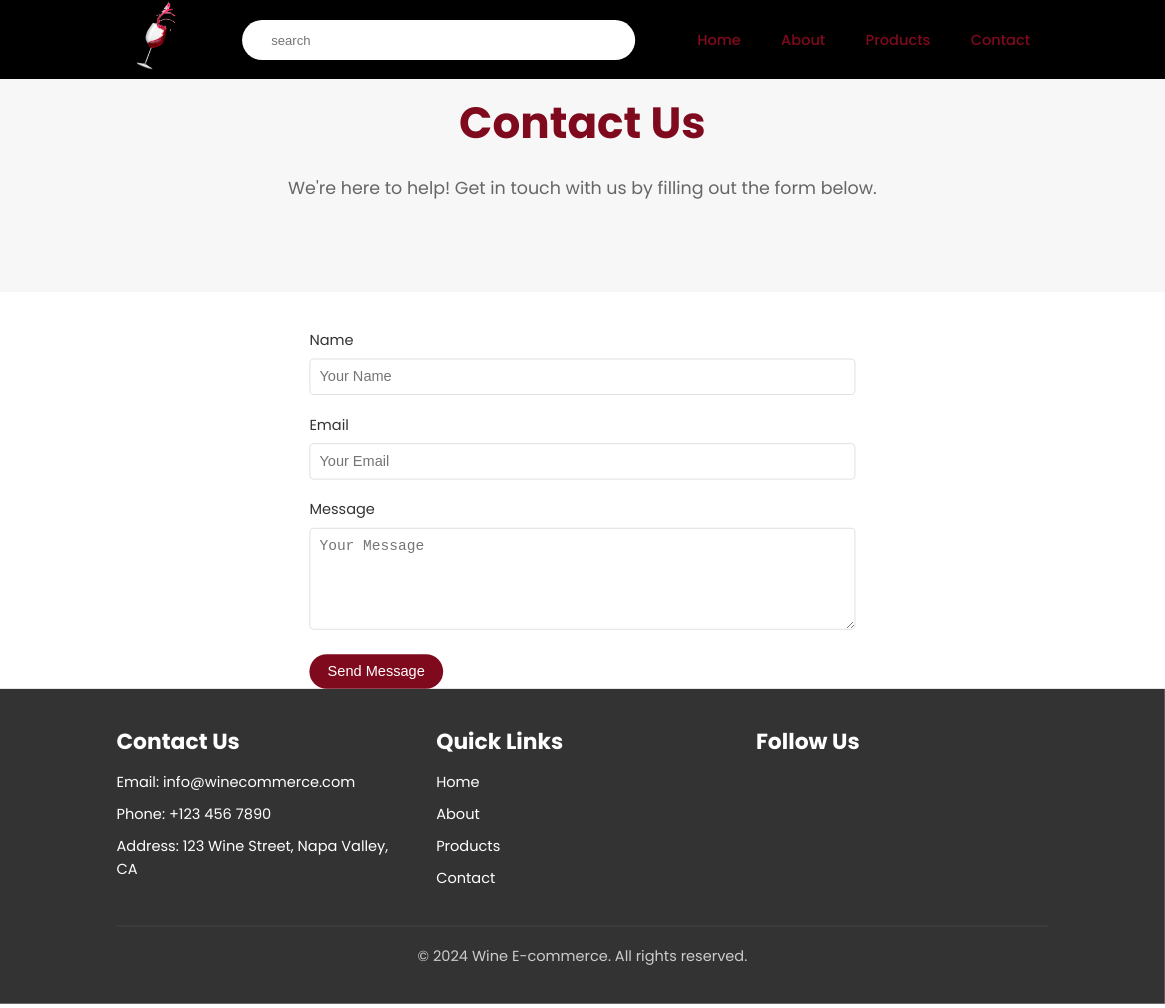
Repository: vncntxl/assesment3
Page: contact.html
These files come from the project's save history. The page is drawn as it stood at one moment and after the next save; the edit follows.
The browser window is 1280 px wide. The pictures show the whole page, at 91% of full size.

Above is the page before, as saved 2024-08-22 13:30:10.

### contact.html
<!DOCTYPE html>
<html lang="en">

<head>
    <meta charset="UTF-8">
    <meta name="viewport" content="width=device-width, initial-scale=1.0">
    <title>Contact Us - Wine E-commerce</title>
    <link rel="stylesheet" href="styles.css">
</head>

<body>
    <!-- START OF NAVBAR -->
    <nav class="nav">
        <div class="container">
            <a href="index.html">
                <img class="logo" src="images/logo.png" alt="Logo">
            </a>
            <div class="search-bar">
                <i class="uil uil-search"></i>
                <input type="search" placeholder="search">
            </div>
            <ul>
                <li><a href="index.html">Home</a></li>
                <li><a href="about.html">About</a></li>
                <li><a href="products.html">Products</a></li>
                <li><a href="contact.html" class="active">Contact</a></li>
            </ul>
        </div>
    </nav>
    <!-- END OF NAVBAR -->

    <!-- START OF CONTACT SECTION -->
    <section class="contact-hero">
        <div class="container">
            <h1>Contact Us</h1>
            <p>We're here to help! Get in touch with us by filling out the form below.</p>
        </div>
    </section>

    <section class="contact-form container">
        <form id="contactForm">
            <div class="form-group">
                <label for="name">Name</label>
                <input type="text" id="name" name="name" placeholder="Your Name" required>
            </div>
            <div class="form-group">
                <label for="email">Email</label>
                <input type="email" id="email" name="email" placeholder="Your Email" required>
            </div>
            <div class="form-group">
                <label for="message">Message</label>
                <textarea id="message" name="message" placeholder="Your Message" rows="5" required></textarea>
            </div>
            <button type="submit" class="btn">Send Message</button>
        </form>
    </section>
    <!-- END OF CONTACT SECTION -->

    <!-- START OF FOOTER -->
    <footer class="footer">
        <div class="container">
            <div class="footer-columns">
                <div class="footer-column">
                    <h3>Contact Us</h3>
                    <ul>
                        <li>Email: info@winecommerce.com</li>
                        <li>Phone: +123 456 7890</li>
                        <li>Address: 123 Wine Street, Napa Valley, CA</li>
                    </ul>
                </div>
                <div class="footer-column">
                    <h3>Quick Links</h3>
                    <ul>
                        <li><a href="index.html">Home</a></li>
                        <li><a href="about.html">About</a></li>
                        <li><a href="products.html">Products</a></li>
                        <li><a href="#">Contact</a></li>
                    </ul>
                </div>
                <div class="footer-column">
                    <h3>Follow Us</h3>
                    <ul class="social-links">
                        <li><a href="#"><i class="uil uil-facebook-f"></i></a></li>
                        <li><a href="#"><i class="uil uil-twitter"></i></a></li>
                        <li><a href="#"><i class="uil uil-instagram"></i></a></li>
                        <li><a href="#"><i class="uil uil-linkedin-alt"></i></a></li>
                    </ul>
                </div>
            </div>
            <p class="footer-note">&copy; 2024 Wine E-commerce. All rights reserved.</p>
        </div>
    </footer>
    <!-- END OF FOOTER -->

    <script>
        document.getElementById("contactForm").addEventListener("submit", function(event) {
            event.preventDefault();
            alert("Successfully contacted!");
            document.getElementById("contactForm").reset(); // Reset the form after submission
        });
    </script>
</body>

</html>

### styles.css
/* font */
@import url('https://fonts.googleapis.com/css2?family=Poppins:ital,wght@0,100;0,200;0,300;0,400;0,500;0,600;0,700;0,800;0,900;1,100;1,200;1,300;1,400;1,500;1,600;1,700;1,800;1,900&display=swap');

* {
    padding: 0;
    margin: 0;
    box-sizing: border-box;
    outline: none;
    border: none;
}

body {
    font-family: 'Poppins', sans-serif;
}

.container {
    width: 80%;
    margin: 0 auto;
}

nav {
    width: 100%;
    background-color: black;
    padding: 0.7 rem 0;
    position: fixed;
    top: 0;
    z-index: 10;
}

.logo {
    max-width: 90px;
}

nav .container {
    display: flex;
    align-items: center;
    justify-content: space-between;
}

.search-bar {
    background-color: #fff;
    border-radius: 2rem;
    padding: 0.6rem 1rem;
    margin: 15px;
}

.search-bar input[type="search"] {
    background: transparent;
    width: 30vw;
    margin-left: 1rem;
    font-size: 0.9rem;
    color: #800A1D;

}

nav li {
    display: inline-block;
    padding: 0 20px;
}

nav li a {
    text-decoration: none;
    color: #800A1D;
    font-weight: 500;
}

.hero-section {
    margin-top: 85px;
}

.white-image {
    background-image: url(images/white.jpg);
}

.red-image {
    background-image: url(images/red.jpg);

}

.rose-image {
    background-image: url(images/rose.jpg);

}

.sparkling-image {
    background-image: url(images/white.jpg);

}

.carousel {
    background: #EEE;
    font-size: 80px;
    color: #fff;
    font-weight: 600;
    max-height: 500px;
    margin-bottom: 50px;
}
.carousel-cell {
    width: 100%;
    height: 500px;
    display: flex;
    align-items: center;
    justify-content: center;
    background-size: cover;
    background-position: center;
    background-repeat: no-repeat;
    transition: opacity 0.3s ease;
}

/* cell number */
.carousel-cell:before {
    display: block;
    text-align: center;
    line-height: 200px;
    font-size: 80px;
    color: white;
}


/* big buttons, no circle */
.flickity-prev-next-button {
    width: 50px;
    height: 50px;
    background: rgba(255, 255, 255, 0.5);
    position: absolute;
    top: 50%;
    transform: translateY(-50%);
    z-index: 1000;
}

/* arrow color */
.flickity-prev-next-button .arrow {
    fill: white;
}

.flickity-prev-next-button.no-svg {
    color: white;
}

.flickity-prev-next-button:hover {
    background: transparent;
}

/* hide disabled button */
.flickity-prev-next-button:disabled {
    display: none;
}
/* Start of main content section */
.main-content {
    margin: 0px px;
}

.featured-products {
    text-align: center;
    margin-bottom: 50px;
}

.featured-products h2 {
    font-size: 2.5rem;
    color: #800A1D;
}

.products {
    display: grid;
    grid-template-columns: repeat(auto-fit, minmax(250px, 1fr));
    gap: 20px;
    margin-top: 20px;
}

.product-card {
    background-color: #fff;
    border: 1px solid #ddd;
    border-radius: 10px;
    overflow: hidden;
    box-shadow: 0px 0px 10px rgba(0, 0, 0, 0.1);
    transition: transform 0.3s ease;
    text-align: center;
    padding: 20px;
}

.product-card img {
    width: 100%;
    height: 300px;
    object-fit: contain;
    display: block;
    margin: 0 auto;
}


.product-card h3 {
    font-size: 1.5rem;
    color: #333;
    margin-bottom: 10px;
}

.product-card .price {
    font-size: 1.2rem;
    color: #800A1D;
}

.product-card:hover {
    transform: translateY(-5px);
}

/* About Us Section */
.about-us {
    text-align: center;
    padding: 50px 50px;
    width: 100%;
}

.about-us h2 {
    font-size: 2.5rem;
    color: #800A1D;
    margin-bottom: 20px;
}

.about-us p {
    font-size: 1.1rem;
    color: #666;
    margin-bottom: 30px;
}

.about-us .btn {
    display: inline-block;
    background-color: #800A1D;
    color: #fff;
    padding: 10px 20px;
    border-radius: 20px;
    text-decoration: none;
    transition: background-color 0.3s ease;
}

.about-us .btn:hover {
    background-color: #a00;
}

/* Footer Styles */
.footer {
    background-color: #333;
    color: #fff;
    padding: 40px 0;
    text-align: left;
}

.footer-columns {
    display: grid;
    grid-template-columns: repeat(auto-fit, minmax(200px, 1fr));
    gap: 30px;
    margin-bottom: 30px;
}

.footer-column h3 {
    font-size: 1.5rem;
    margin-bottom: 15px;
}

.footer-column ul {
    list-style: none;
}

.footer-column ul li {
    margin-bottom: 10px;
}

.footer-column ul li a {
    color: #fff;
    text-decoration: none;
}

.footer-column ul li a:hover {
    text-decoration: underline;
}

.social-links {
    display: flex;
    gap: 10px;
}

.social-links li {
    list-style: none;
}

.social-links li a {
    color: #fff;
    font-size: 1.5rem;
    transition: color 0.3s ease;
}

.social-links li a:hover {
    color: #800A1D;
}

.footer-note {
    text-align: center;
    font-size: 1rem;
    color: #ccc;
    border-top: 1px solid #444;
    padding-top: 20px;
    margin-top: 20px;
}

.about-hero {
    background-image: url('images/about-background.jpg');
    background-size: cover;
    background-position: center;
    padding-bottom: 50px;
    text-align: center;
    color: #fff;
}

.about-hero h1 {
    font-size: 3rem;
    margin-bottom: 20px;
}

.about-hero p {
    font-size: 1.2rem;
    max-width: 700px;
    margin: 0 auto;
}

.about-content {
    display: flex;
    flex-wrap: wrap;
    margin-top: 50px;
}

.about-text {
    flex: 1;
    padding-right: 20px;
}

.about-image {
    flex: 1;
}

.about-image img {
    max-width: 100%;
    border-radius: 10px;
    box-shadow: 0px 0px 20px rgba(0, 0, 0, 0.1);
}

.team {
    text-align: center;
    margin-top: 80px;
}

.team h2 {
    font-size: 2.5rem;
    color: #800A1D;
    margin-bottom: 50px;
}

.team-grid {
    display: grid;
    grid-template-columns: repeat(auto-fit, minmax(200px, 1fr));
    gap: 30px;
}

.team-member {
    text-align: center;
}

.team-member img {
    width: 100%;
    height: auto;
    border-radius: 50%;
    margin-bottom: 15px;
}

.team-member h3 {
    font-size: 1.5rem;
    color: #333;
    margin-bottom: 5px;
}

.team-member p {
    font-size: 1rem;
    color: #777;
}

.products-hero{
    margin-top: 100px;
    margin-bottom: 50px;
}
.products-hero .product-card{
    margin-bottom: 50px;
}
.contact-hero {
    background-color: #f7f7f7;
    padding: 100px 0;
    text-align: center;
    color: #333;
    margin-bottom: -10px;
}

.contact-hero h1 {
    font-size: 3rem;
    margin-bottom: 20px;
    color: #800A1D;
}

.contact-hero p {
    font-size: 1.2rem;
    max-width: 700px;
    margin: 0 auto;
    color: #666;
}

.contact-form {
    margin-top: 50px;
    max-width: 600px;
}

.contact-form .form-group {
    margin-bottom: 20px;
}

.contact-form label {
    display: block;
    font-size: 1rem;
    color: #333;
    margin-bottom: 8px;
}

.contact-form input[type="text"],
.contact-form input[type="email"],
.contact-form textarea {
    width: 100%;
    padding: 10px;
    border-radius: 5px;
    border: 1px solid #ddd;
    font-size: 1rem;
    color: #333;
}

.contact-form textarea {
    resize: vertical;
}

.contact-form .btn {
    display: inline-block;
    background-color: #800A1D;
    color: #fff;
    padding: 10px 20px;
    border-radius: 20px;
    text-decoration: none;
    transition: background-color 0.3s ease;
    cursor: pointer;
    border: none;
    font-size: 1rem;
}

.contact-form .btn:hover {
    background-color: #a00;
}

After the next save:
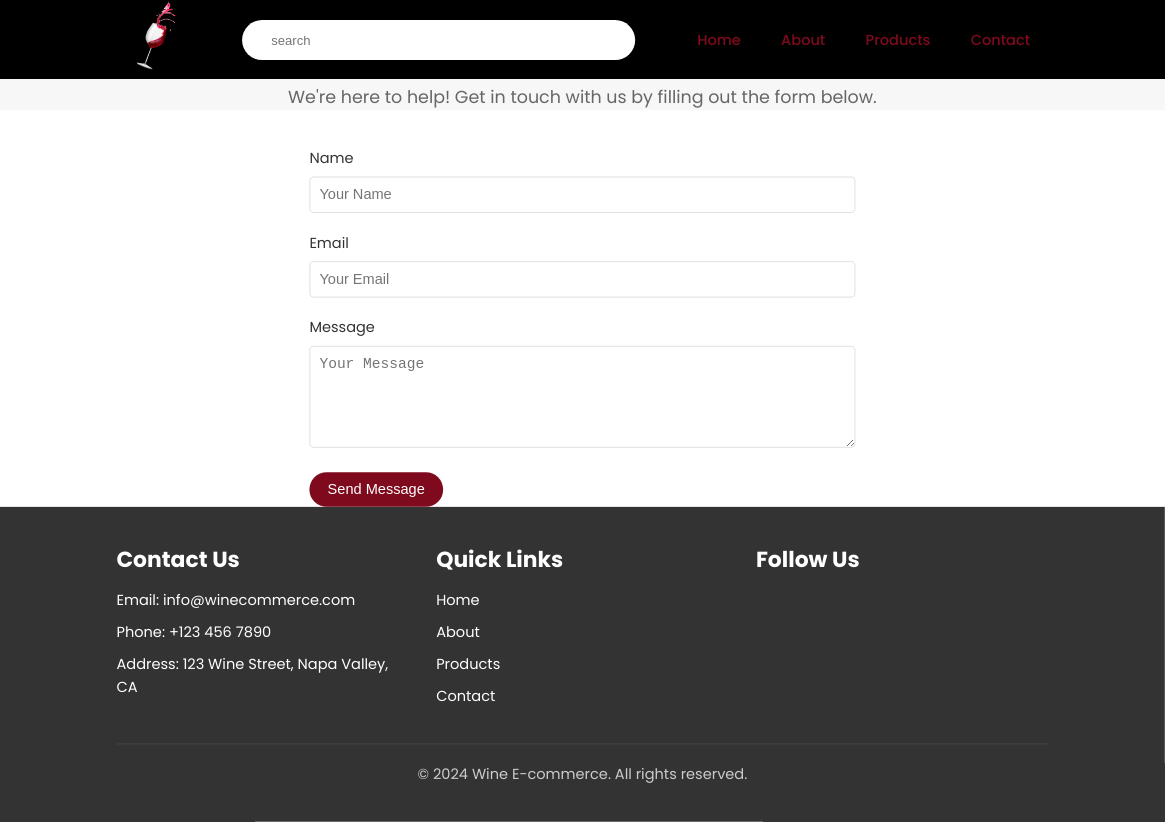
Saved 6 s later.
--- a/styles.css
+++ b/styles.css
@@ -389,7 +389,7 @@ nav li a {
 }
 .contact-hero {
     background-color: #f7f7f7;
-    padding: 100px 0;
+
     text-align: center;
     color: #333;
     margin-bottom: -10px;
